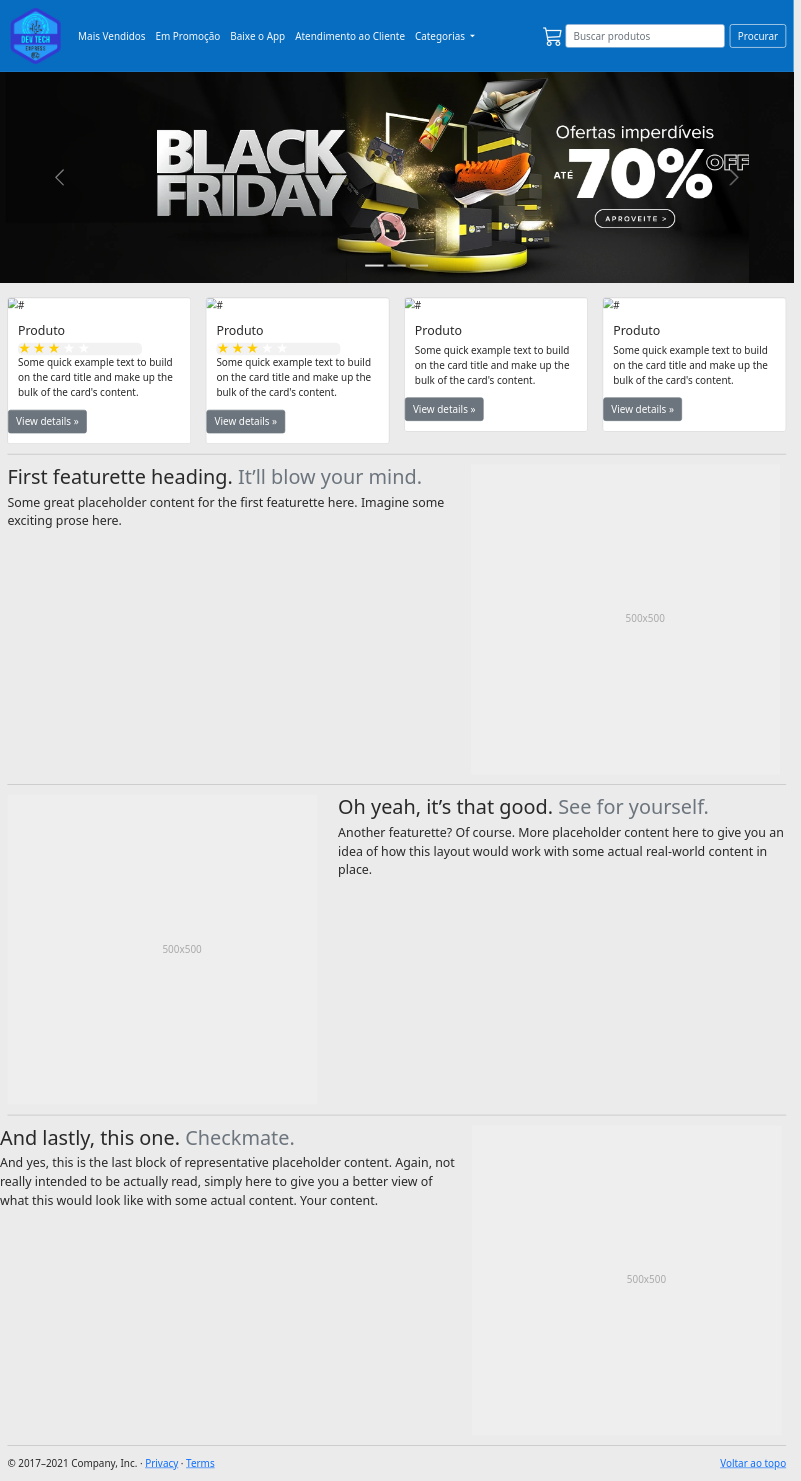
Repository: dantas-barreto/trabalho-interdisciplinar-IDW-IAP
Page: index.html
These files come from the project's save history. The page is drawn as it stood at one moment and after the next save; the edit follows.
The browser window is 1280 px wide. The page is 1292 px wide, so the pictures cover 1292 px, including what lies to the right of the window. The pictures show the whole page, at 62% of full size.
Some web libraries are served in a nearby version.

Above is the page before, as saved 2021-12-04 20:57:24.

### index.html
<!DOCTYPE html>
<html lang="pt-br">
  <head>
    <meta charset="utf-8" />
    <meta name="viewport" content="width=device-width, initial-scale=1.0" />
    <link
      href="https://cdn.jsdelivr.net/npm/bootstrap@5.1.3/dist/css/bootstrap.min.css"
      rel="stylesheet"
      integrity="sha384-1BmE4kWBq78iYhFldvKuhfTAU6auU8tT94WrHftjDbrCEXSU1oBoqyl2QvZ6jIW3"
      crossorigin="anonymous"
    />
    <link
      rel="stylesheet"
      href="https://cdn.jsdelivr.net/npm/bootstrap-icons@1.7.1/font/bootstrap-icons.css"
    />
    <link rel="shortcut icon" href="img/favicon.ico" type="image/x-icon" />
    <link rel="stylesheet" href="css/globalStyle.css" />
    <title>DevTech Express</title>
  </head>
  <body>
    <nav class="navbar navbar-expand-lg header">
      <div class="container-fluid">
        <a class="navbar-brand" href="#">
          <img
            src="img/logo.png"
            width="90rem"
            height="90rem"
            alt="Logo DevTech Express"
          />
        </a>
        <button
          class="navbar-toggler"
          type="button"
          data-bs-toggle="collapse"
          data-bs-target="#navbarSupportedContent"
          aria-controls="navbarSupportedContent"
          aria-expanded="false"
          aria-label="Toggle navigation"
        >
          <span class="navbar-toggler-icon"></span>
        </button>
        <div class="collapse navbar-collapse" id="navbarSupportedContent">
          <ul class="navbar-nav me-auto mb-2 mb-lg-0">
            <li class="nav-item">
              <a
                class="nav-link link-light headerOption active"
                aria-current="page"
                href="#"
                >Mais Vendidos</a
              >
            </li>
            <li class="nav-item">
              <a
                class="nav-link link-light headerOption active"
                href="Clientes.html"
                >Em Promoção</a
              >
            </li>
            <li class="nav-item">
              <a
                class="nav-link link-light headerOption active"
                href="Fornecedores.html"
                >Baixe o App</a
              >
            </li>
            <li class="nav-item">
              <a
                class="nav-link link-light headerOption active"
                href="Produtos.html"
                >Atendimento ao Cliente</a
              >
            </li>
            <li class="nav-item dropdown">
              <a
                class="nav-link link-light headerOption active dropdown-toggle"
                href="#"
                id="navbarDropdown"
                role="button"
                data-bs-toggle="dropdown"
                aria-expanded="false"
              >
                Categorias
              </a>
              <ul class="dropdown-menu" aria-labelledby="navbarDropdown">
                <li><a class="dropdown-item" href="#">Categoria 01</a></li>
                <li><a class="dropdown-item" href="#">Categoria 02</a></li>
                <li><a class="dropdown-item" href="#">Categoria 03</a></li>
                <li><a class="dropdown-item" href="#">Categoria 04</a></li>
                <li><a class="dropdown-item" href="#">Categoria 05</a></li>
                <li><a class="dropdown-item" href="#">Categoria 06</a></li>
                <li><a class="dropdown-item" href="#">Categoria 07</a></li>
                <li><a class="dropdown-item" href="#">Categoria 08</a></li>
              </ul>
            </li>
          </ul>
          <i class="bi bi-cart3 text-light me-1" style="font-size: 2em"></i>
          <form class="d-flex" id="procurar">
            <input
              class="form-control me-2"
              type="search"
              placeholder="Buscar produtos"
              aria-label="Search"
            />
            <button class="btn btn-outline-light" type="submit">
              Procurar
            </button>
          </form>
        </div>
      </div>
    </nav>

    <main>
      <div id="myCarousel" class="carousel slide mb-4" data-bs-ride="carousel">
        <div class="carousel-indicators">
          <button
            type="button"
            data-bs-target="#myCarousel"
            data-bs-slide-to="0"
            class="active"
            aria-current="true"
            aria-label="Slide 1"
          ></button>
          <button
            type="button"
            data-bs-target="#myCarousel"
            data-bs-slide-to="1"
            aria-label="Slide 2"
          ></button>
          <button
            type="button"
            data-bs-target="#myCarousel"
            data-bs-slide-to="2"
            aria-label="Slide 3"
          ></button>
        </div>
        <div class="carousel-inner">
          <div class="carousel-item active">
            <img src="img/exemplo3.webp" alt="Product #1" />
          </div>
          <div class="carousel-item">
            <img src="img/exemplo2.webp" alt="Product #2" />
          </div>
          <div class="carousel-item">
            <img src="img/exemplo1.webp" alt="Product #3" />
          </div>
        </div>
        <button
          class="carousel-control-prev"
          type="button"
          data-bs-target="#myCarousel"
          data-bs-slide="prev"
        >
          <span class="carousel-control-prev-icon" aria-hidden="true"></span>
          <span class="visually-hidden">Previous</span>
        </button>
        <button
          class="carousel-control-next"
          type="button"
          data-bs-target="#myCarousel"
          data-bs-slide="next"
        >
          <span class="carousel-control-next-icon" aria-hidden="true"></span>
          <span class="visually-hidden">Next</span>
        </button>
      </div>

      <div class="container-fluid marketing">
        <div class="row">
          <!-- Fazer os cards ficarem do mesmo tamanho que o maior -->
          <div class="col-xl-3 col-lg-4 col-md-6">
            <div class="card">
              <img src="#" class="card-img-top" alt="#" />
              <div class="card-body">
                <h5 class="card-title">Produto</h5>
                <div class="classificacao">
                  <div class="qualidade" style="--rating: 3"></div>
                </div>
                <p class="card-text">
                  Some quick example text to build on the card title and make up
                  the bulk of the card's content.
                </p>
              </div>
              <p>
                <a class="btn btn-secondary" href="#">View details &raquo;</a>
              </p>
            </div>
          </div>

          <div class="col-xl-3 col-lg-4 col-md-6">
            <div class="card">
              <img src="#" class="card-img-top" alt="#" />
              <div class="card-body">
                <h5 class="card-title">Produto</h5>
                <div class="classificacao">
                  <div class="qualidade" style="--rating: 3"></div>
                </div>
                <p class="card-text">
                  Some quick example text to build on the card title and make up
                  the bulk of the card's content.
                </p>
              </div>
              <p>
                <a class="btn btn-secondary" href="#">View details &raquo;</a>
              </p>
            </div>
          </div>

          <div class="col-xl-3 col-lg-4 col-md-6">
            <div class="card">
              <img src="#" class="card-img-top" alt="#" />
              <div class="card-body">
                <h5 class="card-title">Produto</h5>
                <p class="card-text">
                  Some quick example text to build on the card title and make up
                  the bulk of the card's content.
                </p>
              </div>
              <p>
                <a class="btn btn-secondary" href="#">View details &raquo;</a>
              </p>
            </div>
          </div>

          <div class="col-xl-3 col-lg-4 col-md-6">
            <div class="card">
              <img src="#" class="card-img-top" alt="#" />
              <div class="card-body">
                <h5 class="card-title">Produto</h5>
                <p class="card-text">
                  Some quick example text to build on the card title and make up
                  the bulk of the card's content.
                </p>
              </div>
              <p>
                <a class="btn btn-secondary" href="#">View details &raquo;</a>
              </p>
            </div>
          </div>
        </div>

        <hr class="featurette-divider" />

        <div class="row featurette">
          <div class="col-md-7">
            <h2 class="featurette-heading">
              First featurette heading.
              <span class="text-muted">It’ll blow your mind.</span>
            </h2>
            <p class="lead">
              Some great placeholder content for the first featurette here.
              Imagine some exciting prose here.
            </p>
          </div>
          <div class="col-md-5">
            <svg
              class="
                bd-placeholder-img bd-placeholder-img-lg
                featurette-image
                img-fluid
                mx-auto
              "
              width="500"
              height="500"
              xmlns="http://www.w3.org/2000/svg"
              role="img"
              aria-label="Placeholder: 500x500"
              preserveAspectRatio="xMidYMid slice"
              focusable="false"
            >
              <title>Placeholder</title>
              <rect width="100%" height="100%" fill="#eee" />
              <text x="50%" y="50%" fill="#aaa" dy=".3em">500x500</text>
            </svg>
          </div>
        </div>

        <hr class="featurette-divider" />

        <div class="row featurette">
          <div class="col-md-7 order-md-2">
            <h2 class="featurette-heading">
              Oh yeah, it’s that good.
              <span class="text-muted">See for yourself.</span>
            </h2>
            <p class="lead">
              Another featurette? Of course. More placeholder content here to
              give you an idea of how this layout would work with some actual
              real-world content in place.
            </p>
          </div>
          <div class="col-md-5 order-md-1">
            <svg
              class="
                bd-placeholder-img bd-placeholder-img-lg
                featurette-image
                img-fluid
                mx-auto
              "
              width="500"
              height="500"
              xmlns="http://www.w3.org/2000/svg"
              role="img"
              aria-label="Placeholder: 500x500"
              preserveAspectRatio="xMidYMid slice"
              focusable="false"
            >
              <title>Placeholder</title>
              <rect width="100%" height="100%" fill="#eee" />
              <text x="50%" y="50%" fill="#aaa" dy=".3em">500x500</text>
            </svg>
          </div>
        </div>

        <hr class="featurette-divider" />
      </div>

      <div class="row featurette">
        <div class="col-md-7">
          <h2 class="featurette-heading">
            And lastly, this one. <span class="text-muted">Checkmate.</span>
          </h2>
          <p class="lead">
            And yes, this is the last block of representative placeholder
            content. Again, not really intended to be actually read, simply here
            to give you a better view of what this would look like with some
            actual content. Your content.
          </p>
        </div>
        <div class="col-md-5">
          <svg
            class="
              bd-placeholder-img bd-placeholder-img-lg
              featurette-image
              img-fluid
              mx-auto
            "
            width="500"
            height="500"
            xmlns="http://www.w3.org/2000/svg"
            role="img"
            aria-label="Placeholder: 500x500"
            preserveAspectRatio="xMidYMid slice"
            focusable="false"
          >
            <title>Placeholder</title>
            <rect width="100%" height="100%" fill="#eee" />
            <text x="50%" y="50%" fill="#aaa" dy=".3em">500x500</text>
          </svg>
        </div>
      </div>

      <footer class="container-fluid">
        <hr class="featurette-divider" />
        <p class="float-end"><a href="#">Voltar ao topo</a></p>
        <p>
          &copy; 2017–2021 Company, Inc. &middot;
          <a href="#">Privacy</a> &middot; <a href="#">Terms</a>
        </p>
      </footer>
    </main>

    <script
      src="https://cdn.jsdelivr.net/npm/bootstrap@5.1.3/dist/js/bootstrap.bundle.min.js"
      integrity="sha384-ka7Sk0Gln4gmtz2MlQnikT1wXgYsOg+OMhuP+IlRH9sENBO0LRn5q+8nbTov4+1p"
      crossorigin="anonymous"
    ></script>
  </body>
</html>

### css/globalStyle.css
:root {
  --fontColor: #292929;
  --bgColor: #ebebeb;
  --header: #610ce9;
  --general: #2c34c9;
  --effect: #4aa2f8;

  --fontColorClosed: #1b1b1b;
  --bgColorClosed: #989898;
  --headerClosed: #3f0897;
  --generalClosed: #1d2282;
  --effectClosed: #076dc0;

  --fontColorOpen: #747474;
  --bgColorOpen: #f2f2f2;
  --headerOpen: #975bf6;
  --generalOpen: #7277e0;
  --effectOpen: #7fc3fa;
}

* {
  color: var(--fontColor);
}

body {
  background-color: var(--bgColor);
}

.headerOption:hover {
  color: var(--effectOpen);
}

/* Header */
.header {
  background-color: var(--effectClosed);
}
/* End Header */

/* Icons */

/* End Icons */

/* Stars */
.classificacao {
  display: flex;
  justify-content: space-between;
}

.classificacao {
  background-color: #f2f2f2;
  border-radius: 8px;
  text-align: center;
  width: 200px;
}

.qualidade {
  --percent: calc(var(--rating) / 5 * 100%);
  display: inline-block;
  font-size: 20px;
  line-height: 1;
}

.qualidade::before {
  background: linear-gradient(90deg, #fc0 var(--percent), #fff var(--percent));
  content: "★★★★★";
  letter-spacing: 3px;
  background-clip: text;
  -webkit-background-clip: text;
  -webkit-text-fill-color: transparent;
}
/* End Stars */

/*css página product*/
.colunatres {
  color: #3483fa;
}
.botoes {
  color: white;
} /*fim css página product*/

After the next save:
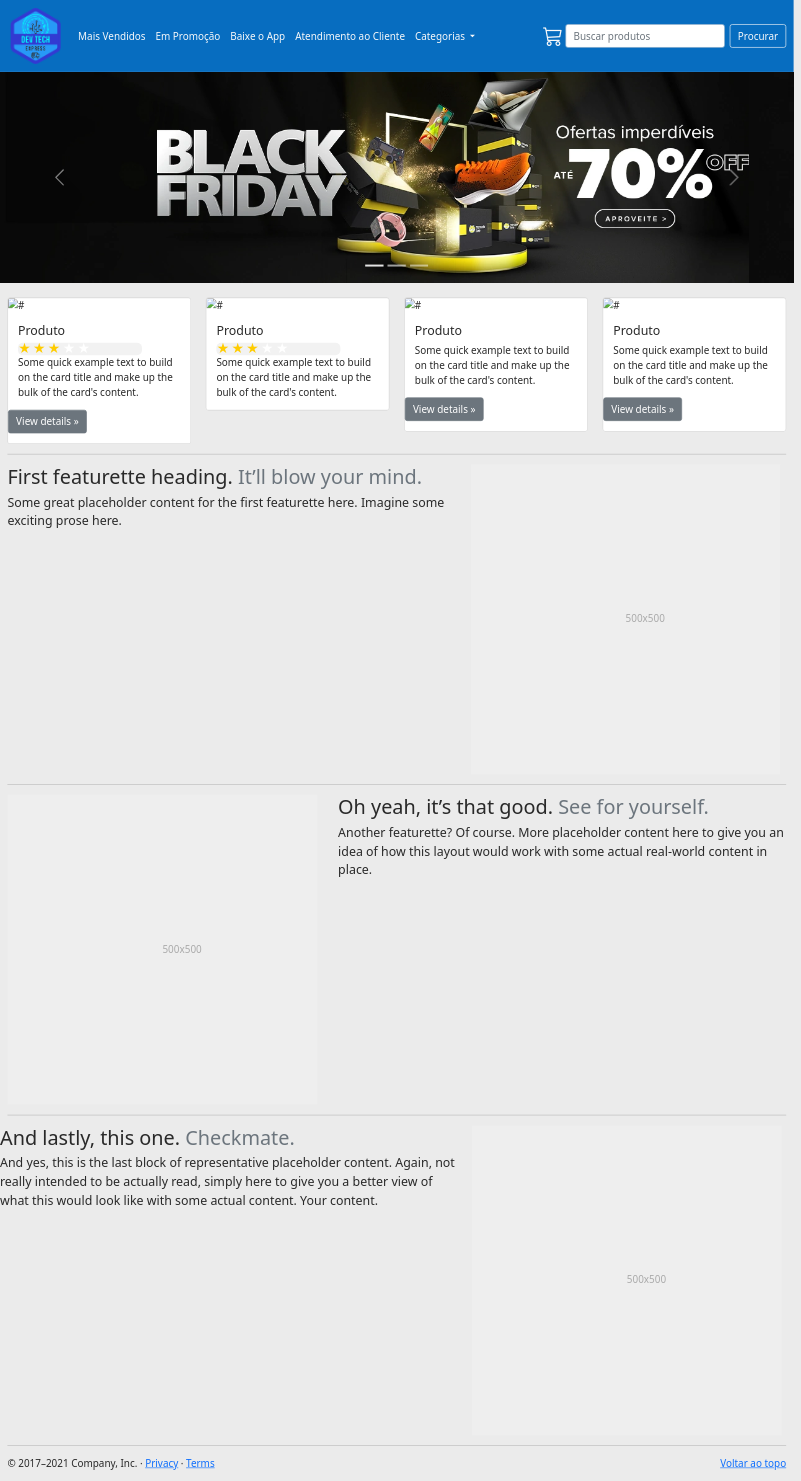
Saved 16 s later.
--- a/index.html
+++ b/index.html
@@ -199,9 +199,6 @@
                   the bulk of the card's content.
                 </p>
               </div>
-              <p>
-                <a class="btn btn-secondary" href="#">View details &raquo;</a>
-              </p>
             </div>
           </div>
 
